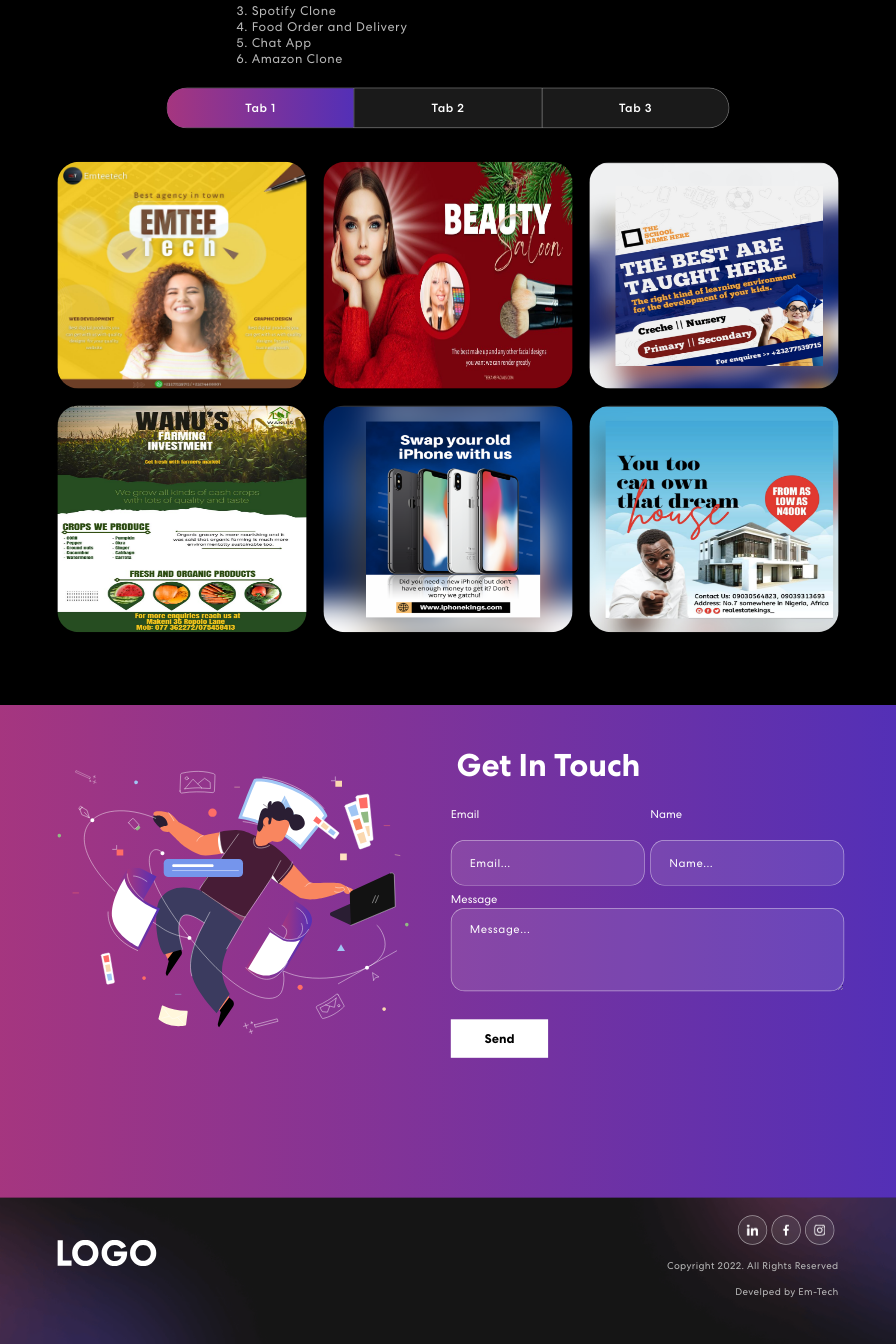
Repository: EmmanuelKeifala/emtee
Page: /
These files come from the project's save history. The page is drawn as it stood at one moment and after the next save; the edit follows.
The browser window is 1280 px wide. The pictures show the part of the page from y = 1883 to 3803 px (the page is 3803 px tall), at 70% of full size.
The project was rebuilt for these pictures with package versions that can differ from the ones it lists, and the page was loaded fresh each time. Some packages were replaced by stand-ins written for this rebuild.

Above is the page before, as saved 2022-09-30 18:35:31.

After the next save:
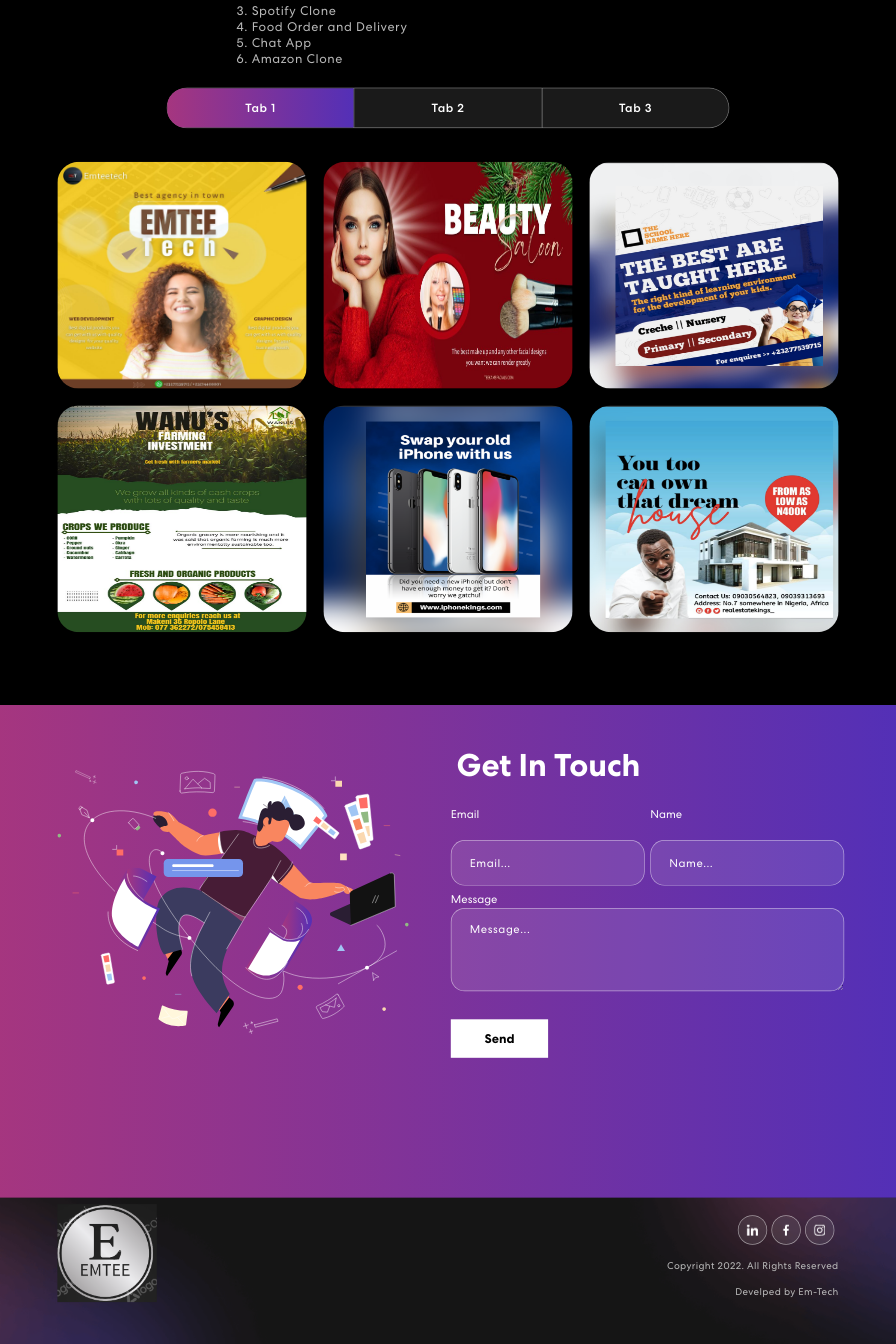
Saved 48 s later.
--- a/src/Components/Footer.jsx
+++ b/src/Components/Footer.jsx
@@ -1,6 +1,7 @@
 import React from "react";
 import { Container, Row, Col } from "react-bootstrap";
-import logo from "../assets/img/logo.svg";
+import logo from "../assets/img/screen.png";
+
 import navIcon1 from "../assets/img/nav-icon1.svg";
 import navIcon2 from "../assets/img/nav-icon2.svg";
 import navIcon3 from "../assets/img/nav-icon3.svg";
